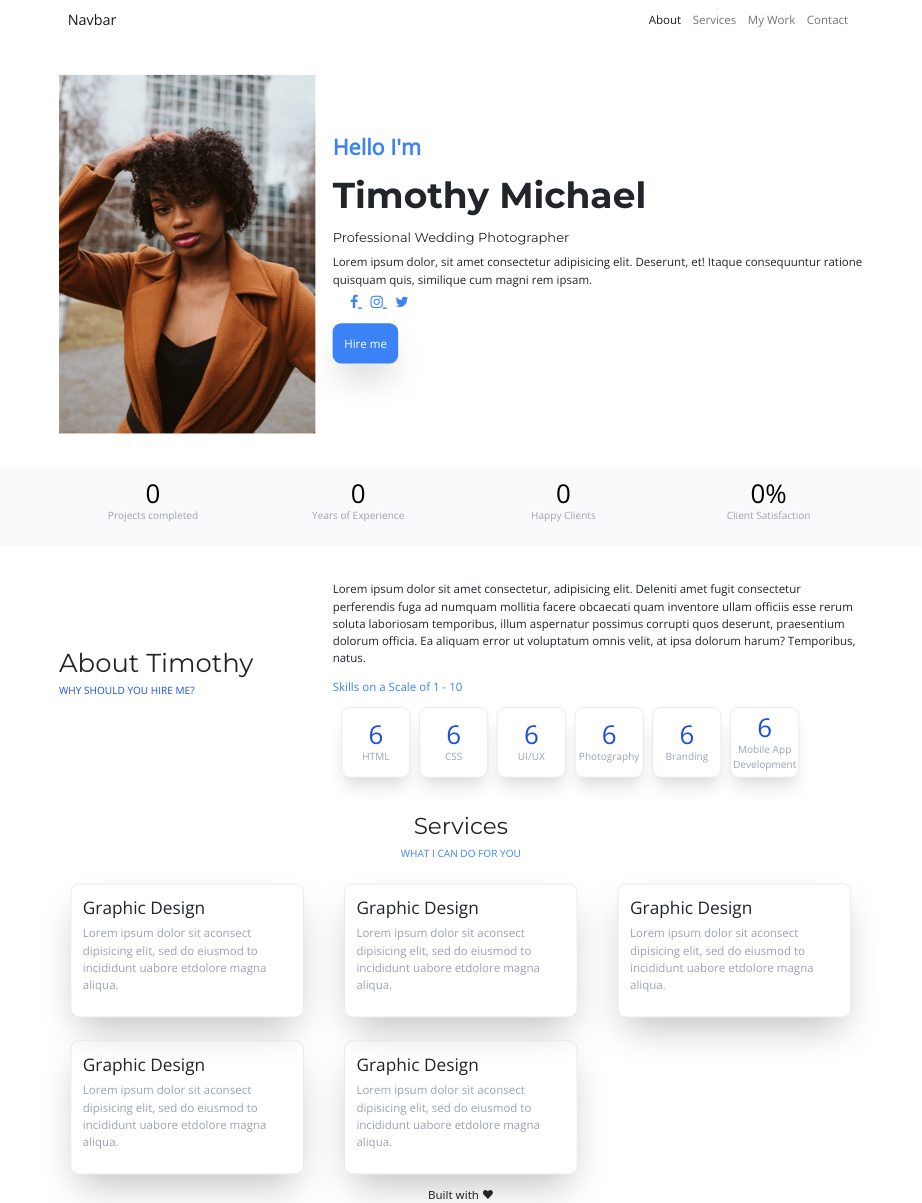
Repository: latenightsnacc/giggles
Page: HTML/freelancer.html
These files come from the project's save history. The page is drawn as it stood at one moment and after the next save; the edit follows.
The browser window is 1280 px wide. The pictures show the whole page, at 72% of full size.
Some web libraries are served in a nearby version.

Above is the page before, as saved 2021-01-03 16:39:25.

After the next save:
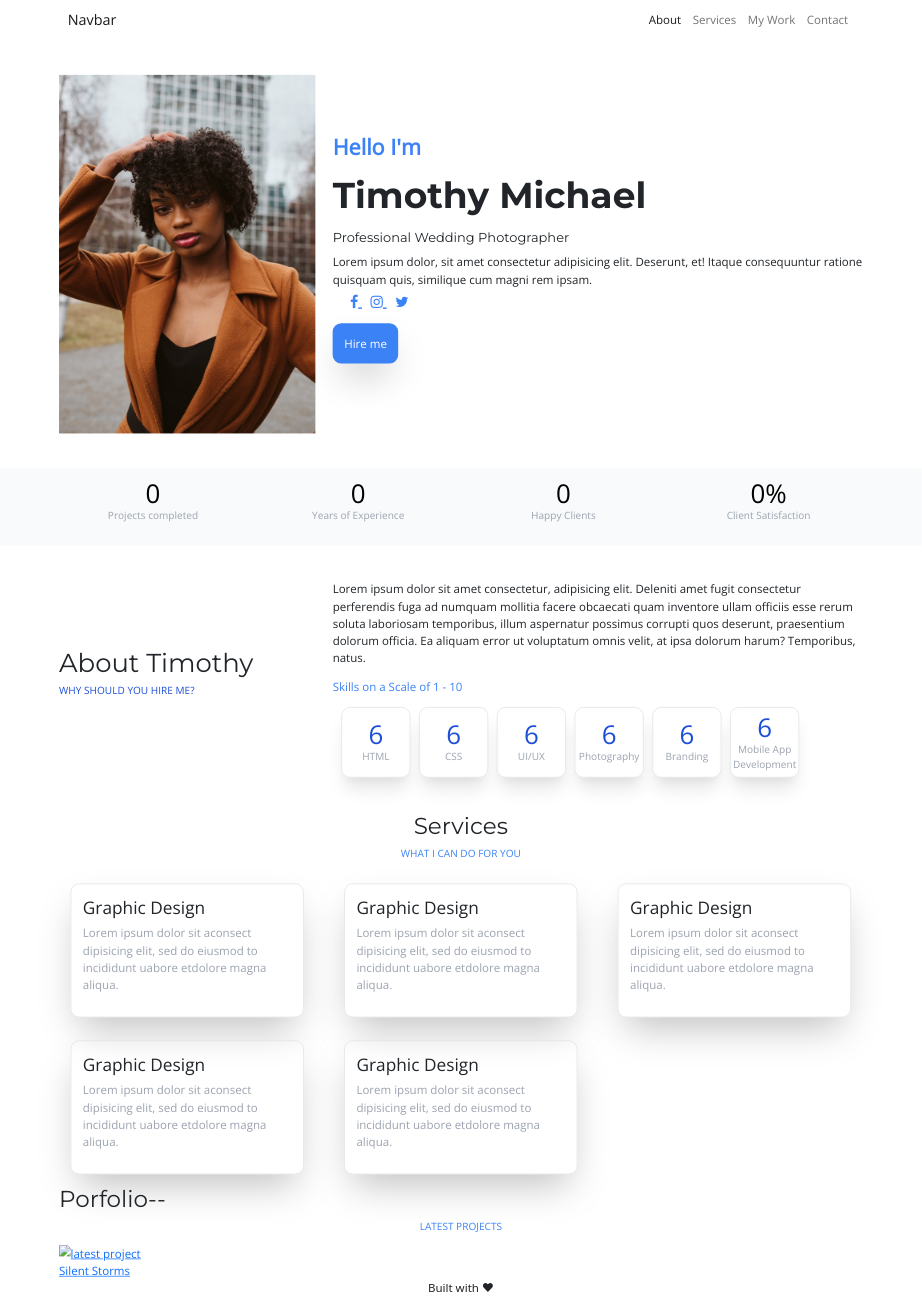
Saved 3 min 31 s later.
--- a/HTML/freelancer.html
+++ b/HTML/freelancer.html
@@ -182,6 +182,19 @@
             </div>
 
         </div>
+        <!--Gallery / User Porfolio-->
+        <div class="container">
+            <h2 class="">Porfolio--</h2>
+            <p class="text-blue-500 text-sm uppercase text-center uppercase">Latest Projects</p>
+            <div class="row">
+                <div class="col-xs-12 col-sm-12 col-md-6 col-lg-3 col-xl-3">
+                    <a href="#">
+                        <img src="#" alt="latest project" />
+                        <div class="title-project">Silent Storms</div>
+                    </a>
+                </div>
+            </div>
+        </div>
     </main>
     <footer class="text-center">Built with &hearts; </footer>
     <script src="https://cdn.jsdelivr.net/npm/bootstrap@5.0.0-beta1/dist/js/bootstrap.bundle.min.js" integrity="sha384-ygbV9kiqUc6oa4msXn9868pTtWMgiQaeYH7/t7LECLbyPA2x65Kgf80OJFdroafW" crossorigin="anonymous"></script>
